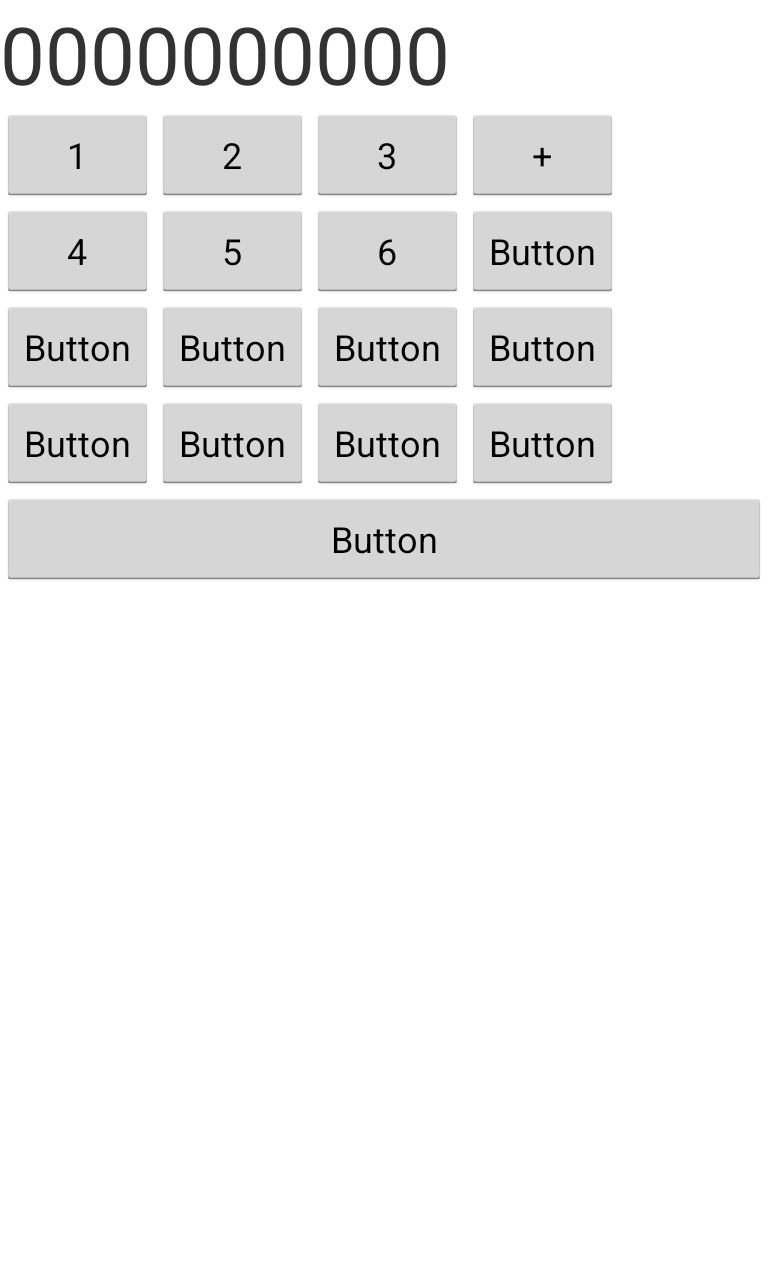
Repository: sfranco/Android
Layout: Calculadora/res/layout/activity_main.xml
An editor plug-in stored every save of this project. The layout is shown before and after the next save, followed by the edit.
It is drawn on a 768 x 1280 px phone screen (xhdpi) without system bars, with theme AppTheme; the app's code is not run.

Above is the layout before, as saved 2013-08-22 17:26:41.

### Calculadora/res/layout/activity_main.xml
<LinearLayout xmlns:android="http://schemas.android.com/apk/res/android"
    android:layout_width="match_parent"
    android:layout_height="match_parent"
    android:orientation="vertical" >

    <TextView
        android:id="@+id/solucion"
        android:textSize="40sp"
        android:layout_width="fill_parent"
		android:layout_height="wrap_content"
		android:text="0000000000"
        >
        </TextView>

    <TableLayout
        android:layout_width="fill_parent"
        android:layout_height="fill_parent" >

        <TableRow
            android:id="@+id/num1"
            android:layout_width="wrap_content"
            android:layout_height="wrap_content" >

            <Button
                android:id="@+id/num1"
                android:layout_width="wrap_content"
                android:layout_height="wrap_content"
                android:text="1" />

            <Button
                android:id="@+id/num2"
                android:layout_width="wrap_content"
                android:layout_height="wrap_content"
                android:text="2" />

            <Button
                android:id="@+id/num3"
                android:layout_width="wrap_content"
                android:layout_height="wrap_content"
                android:text="3" />

            <Button
                android:id="@+id/mas"
                android:layout_width="wrap_content"
                android:layout_height="wrap_content"
                android:text="+" />

        </TableRow>

        <TableRow
            android:id="@+id/tableRow2"
            android:layout_width="wrap_content"
            android:layout_height="wrap_content" >

            <Button
                android:id="@+id/num4"
                android:layout_width="wrap_content"
                android:layout_height="wrap_content"
                android:text="4" />

            <Button
                android:id="@+id/num5"
                android:layout_width="wrap_content"
                android:layout_height="wrap_content"
                android:text="5" />

            <Button
                android:id="@+id/num6"
                android:layout_width="wrap_content"
                android:layout_height="wrap_content"
                android:text="6" />

            <Button
                android:id="@+id/resta"
                android:layout_width="wrap_content"
                android:layout_height="wrap_content"
                android:text="Button" />

        </TableRow>

        <TableRow
            android:id="@+id/tableRow3"
            android:layout_width="wrap_content"
            android:layout_height="wrap_content" >

            <Button
                android:id="@+id/button9"
                android:layout_width="wrap_content"
                android:layout_height="wrap_content"
                android:text="Button" />

            <Button
                android:id="@+id/button10"
                android:layout_width="wrap_content"
                android:layout_height="wrap_content"
                android:text="Button" />

            <Button
                android:id="@+id/button11"
                android:layout_width="wrap_content"
                android:layout_height="wrap_content"
                android:text="Button" />

            <Button
                android:id="@+id/button12"
                android:layout_width="wrap_content"
                android:layout_height="wrap_content"
                android:text="Button" />

        </TableRow>

        <TableRow
            android:id="@+id/tableRow4"
            android:layout_width="wrap_content"
            android:layout_height="wrap_content" >

            <Button
                android:id="@+id/button13"
                android:layout_width="wrap_content"
                android:layout_height="wrap_content"
                android:text="Button" />

            <Button
                android:id="@+id/button14"
                android:layout_width="wrap_content"
                android:layout_height="wrap_content"
                android:text="Button" />

            <Button
                android:id="@+id/button15"
                android:layout_width="wrap_content"
                android:layout_height="wrap_content"
                android:text="Button" />

            <Button
                android:id="@+id/button16"
                android:layout_width="wrap_content"
                android:layout_height="wrap_content"
                android:text="Button" />

        </TableRow>

        <Button
            android:id="@+id/button17"
            android:layout_width="wrap_content"
            android:layout_height="wrap_content"
            android:text="Button" />

    </TableLayout>

</LinearLayout>

Loaded but not shown: Calculadora/res/values/styles.xml (common file); Calculadora/res/values-v11/styles.xml (common file); Calculadora/res/values-v14/styles.xml (common file)

After the next save:
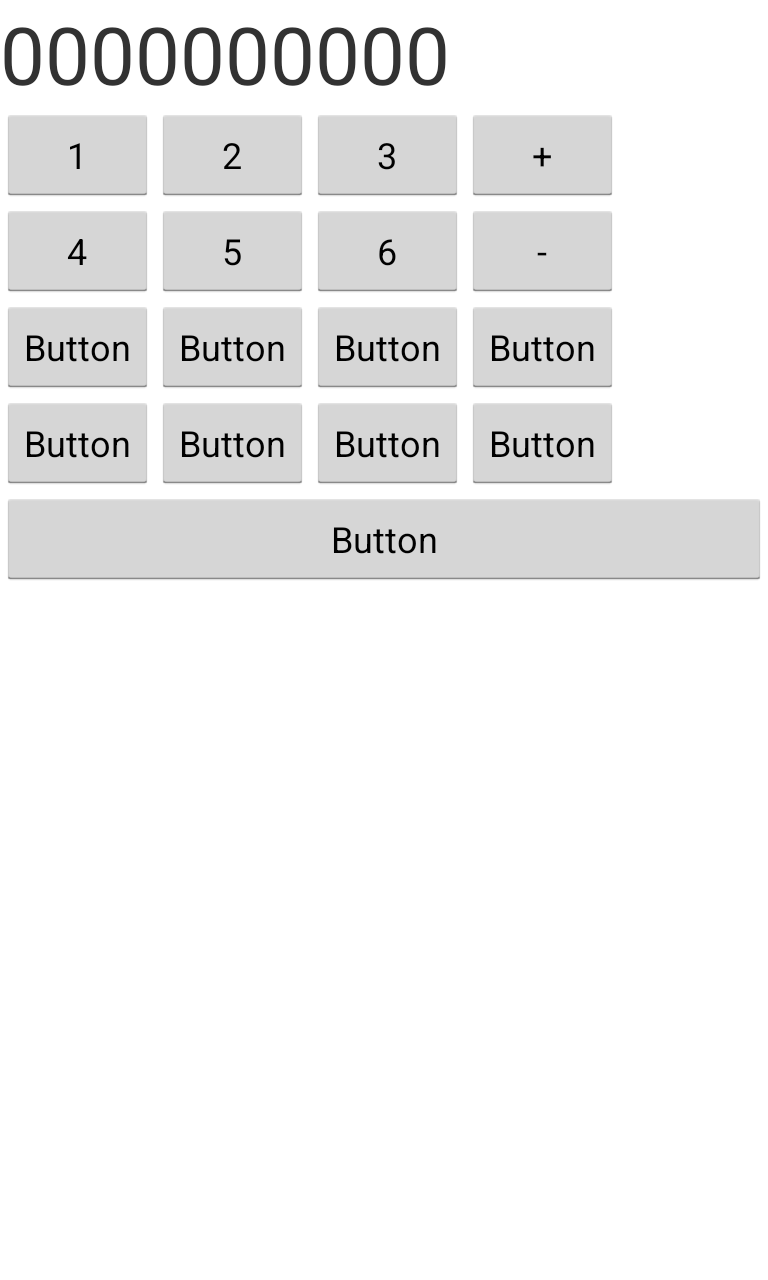
Saved 11 s later.
--- a/Calculadora/res/layout/activity_main.xml
+++ b/Calculadora/res/layout/activity_main.xml
@@ -74,7 +74,7 @@
                 android:id="@+id/resta"
                 android:layout_width="wrap_content"
                 android:layout_height="wrap_content"
-                android:text="Button" />
+                android:text="-" />
 
         </TableRow>
 
